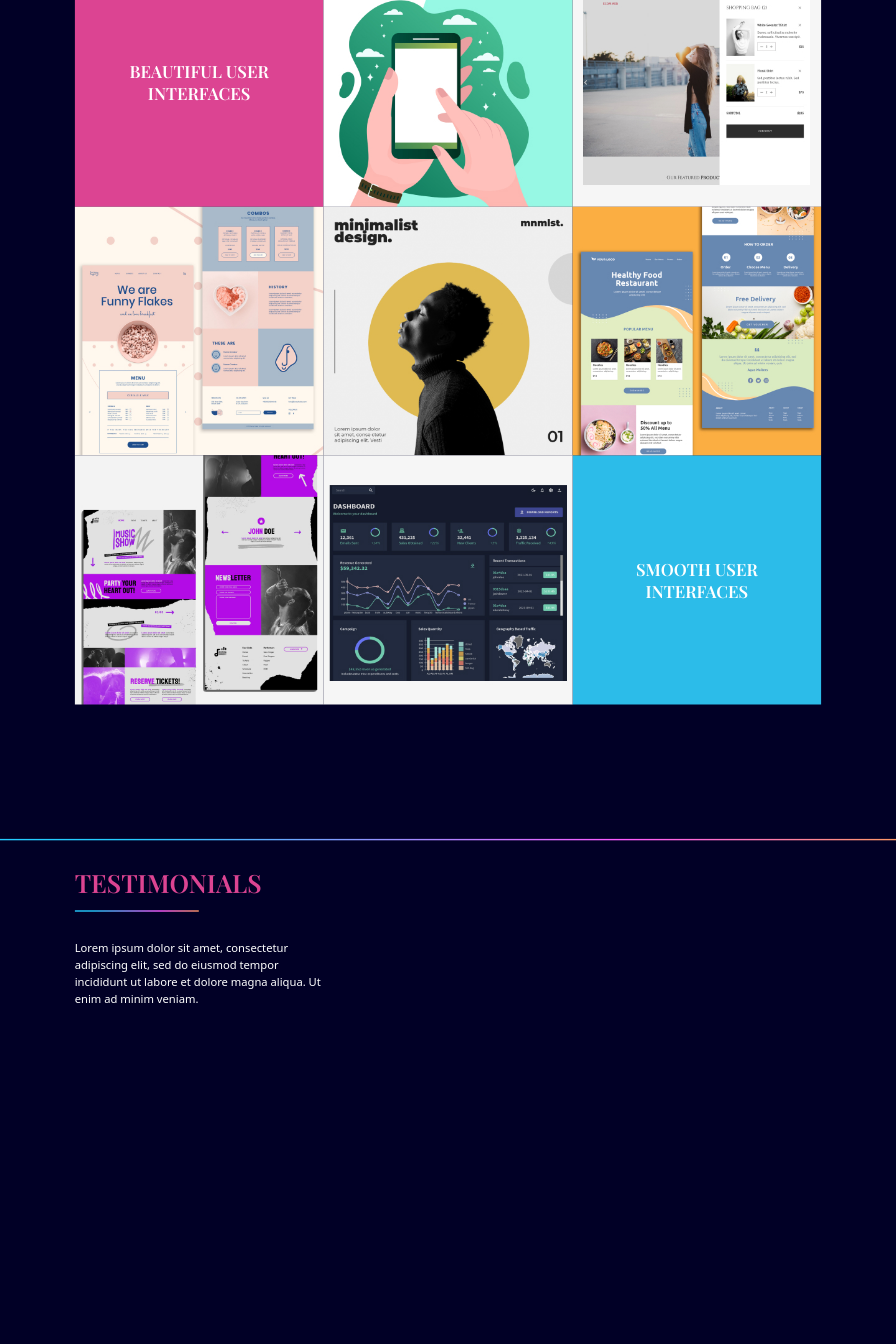
Repository: thibaultNicolas/portfolio-react
Page: /
The author's editor kept a copy of each file at every save. The page is drawn from the files as they stood at one save, then again after the next save.
The browser window is 1280 px wide. The pictures show the part of the page from y = 2039 to 3959 px (the page is 3959 px tall), at 70% of full size.
The project was rebuilt for these pictures with package versions that can differ from the ones it lists, and the page was loaded fresh each time. Also part of the build but not shown: next.config.ts.

Above is the page before, as saved 2023-01-08 11:59:38.

### public/index.html
<!DOCTYPE html>
<html lang="en">

<head>
  <meta charset="utf-8" />
  <link rel="icon" href="%PUBLIC_URL%/favicon.ico" />
  <meta name="viewport" content="width=device-width, initial-scale=1" />
  <meta name="theme-color" content="#000000" />
  <meta name="description" content="Web site created using create-react-app" />
  <link rel="apple-touch-icon" href="%PUBLIC_URL%/logo192.png" />
  <!--
      manifest.json provides metadata used when your web app is installed on a
      user's mobile device or desktop. See https://developers.google.com/web/fundamentals/web-app-manifest/
    -->
  <link rel="manifest" href="%PUBLIC_URL%/manifest.json" />
  <!--
      Notice the use of %PUBLIC_URL% in the tags above.
      It will be replaced with the URL of the `public` folder during the build.
      Only files inside the `public` folder can be referenced from the HTML.

      Unlike "/favicon.ico" or "favicon.ico", "%PUBLIC_URL%/favicon.ico" will
      work correctly both with client-side routing and a non-root public URL.
      Learn how to configure a non-root public URL by running `npm run build`.
    -->
  <title>React App</title>
  <link href="/public/output.css" rel="stylesheet">
</head>

<body>
  <noscript>You need to enable JavaScript to run this app.</noscript>
  <div id="root"></div>
  <!--
      This HTML file is a template.
      If you open it directly in the browser, you will see an empty page.

      You can add webfonts, meta tags, or analytics to this file.
      The build step will place the bundled scripts into the <body> tag.

      To begin the development, run `npm start` or `yarn start`.
      To create a production bundle, use `npm run build` or `yarn build`.
    -->
</body>

</html>

### src/index.css
@import url('https://fonts.googleapis.com/css2?family=Open+Sans:wght@400;600&family=Playfair+Display:wght@400;600&display=swap');

@tailwind base;
@tailwind components;
@tailwind utilities;

html,
body,
#root,
.app{
    height: 100%;
    background-color: #010026;
    @apply text-white;
}

### src/scenes/Navbar.jsx
import { useState } from 'react';
import AnchorLink from 'react-anchor-link-smooth-scroll';
import useMediaQuery from '../hooks/useMediaQuery';

const Link = ({ page, selectedPage, setSelectedPage }) => {
    const lowerCasePage = page.toLowerCase();
    return (
        <AnchorLink
            className={`${selectedPage === lowerCasePage ? 'text-yellow' : ''}
            hover:text-yellow transition duration-500`}
            href={`#${lowerCasePage}`}
            onClick={() => setSelectedPage(lowerCasePage)}
        >
            {page}
        </AnchorLink>
    );
};

const Navbar = ({ isTopOfPage, selectedPage, setSelectedPage }) => {
    const [isMenuToggled, setIsMenuToggled] = useState(false);
    const isAboveSmallScreens = useMediaQuery('(min-width:768px)');
    const navbarBackground = isTopOfPage ? "" : "bg-red";

    return (
        <nav className={`${navbarBackground} z-40 w-full fixed top-0 py-6`}>
            <div className="flex items-center justify-between mx-auto w-5/6">
                <h4 className="font-playfair text-3xl font-bold">NT</h4>

                {/* DESKTOP NAV */}
                {isAboveSmallScreens ? (
                    <div className="flex justify-between gap-16 font-openSans txt-sm font-semibold">
                        <Link
                            page="Home"
                            selectedPage={selectedPage}
                            setSelectedPage={setSelectedPage}
                        />
                        <Link
                            page="Skills"
                            selectedPage={selectedPage}
                            setSelectedPage={setSelectedPage}
                        />
                        <Link
                            page="Projects"
                            selectedPage={selectedPage}
                            setSelectedPage={setSelectedPage}
                        />
                        <Link
                            page="Testimonials"
                            selectedPage={selectedPage}
                            setSelectedPage={setSelectedPage}
                        />
                        <Link
                            page="Contact"
                            selectedPage={selectedPage}
                            setSelectedPage={setSelectedPage}
                        />
                    </div>
                ) : (
                    <button
                        className="rounded-full bg-red p-2"
                        onClick={() => setIsMenuToggled(!isMenuToggled)}
                    >
                        <img src="../assets/menu-icon.svg" alt="menu-icon" />
                    </button>
                )}

                {/* MOBILE MENU POPUP */}
                {!isAboveSmallScreens && isMenuToggled && (
                    <div className="fixed right-0 bottom-0 h-full bg-blue w-[300px]">
                        {/* CLOSE ICON */}
                        <div className="flex justify-end p-12">
                            <button
                                onClick={() => setIsMenuToggled(!isMenuToggled)}
                            >
                                <img
                                    src="../assets/close-icon.svg"
                                    alt="close-icon"
                                />
                            </button>
                        </div>
                        {/* MENU ITEMS */}
                        <div className="flex flex-col gap-10 ml-[33%] text-2xl text-deep-blue">
                            <Link
                                page="Home"
                                selectedPage={selectedPage}
                                setSelectedPage={setSelectedPage}
                            />
                            <Link
                                page="Skills"
                                selectedPage={selectedPage}
                                setSelectedPage={setSelectedPage}
                            />
                            <Link
                                page="Projects"
                                selectedPage={selectedPage}
                                setSelectedPage={setSelectedPage}
                            />
                            <Link
                                page="Testimonials"
                                selectedPage={selectedPage}
                                setSelectedPage={setSelectedPage}
                            />
                            <Link
                                page="Contact"
                                selectedPage={selectedPage}
                                setSelectedPage={setSelectedPage}
                            />
                        </div>
                    </div>
                )}
            </div>
        </nav>
    );
};

export default Navbar;

### src/scenes/DotGroup.jsx
import AnchorLink from 'react-anchor-link-smooth-scroll';
const DotGroup = ({ selectedPage, setSelectedPage }) => {
    const selectedStyles = `relative bg-yellow before:absolute before:w-6 before:h-6
    before:rounded-full before:border-2 before:border-yellow before:left-[-50%]
    before:top-[-50%]`;
    return (
        <div className="flex flex-col gap-6 fixed top-[60%] right-7">
            <AnchorLink
                className={`${selectedPage === 'home' ? selectedStyles : 'bg-dark-grey'}
            w-3 h-3 rounded-full`}
                href="#home"
                onClick={() => setSelectedPage('home')}
            />
            <AnchorLink
                className={`${selectedPage === 'skills' ? selectedStyles : 'bg-dark-grey'}
            w-3 h-3 rounded-full`}
                href="#skills"
                onClick={() => setSelectedPage('skills')}
            />
            <AnchorLink
                className={`${selectedPage === 'projects' ? selectedStyles : 'bg-dark-grey'}
            w-3 h-3 rounded-full`}
                href="#projects"
                onClick={() => setSelectedPage('projects')}
            />
            <AnchorLink
                className={`${selectedPage === 'testimonials' ? selectedStyles : 'bg-dark-grey'}
            w-3 h-3 rounded-full`}
                href="#testimonials"
                onClick={() => setSelectedPage('testimonials')}
            />
            <AnchorLink
                className={`${selectedPage === 'contact' ? selectedStyles : 'bg-dark-grey'}
            w-3 h-3 rounded-full`}
                href="#contact"
                onClick={() => setSelectedPage('contact')}
            />
        </div>
    );
};
export default DotGroup;

### src/scenes/Projects.jsx
import LineGradient from '../components/LineGradient';
import useMediaQuery from '../hooks/useMediaQuery';
import { motion } from 'framer-motion';

const container = {
    hidden: {},
    visible: {
        transition: { staggerChildren: 0.2 },
    },
};

const projectVariant = {
    hidden: { opacity: 0, scale: 0.8 },
    visible: { opacity: 1, scale: 1 },
};

const Project = ({ title }) => {
    const projectTitle = title.split(' ').join('-').toLowerCase();
    const overlayStyles = `absolute h-full w-full opacity-0 hover:opacity-90 transition duration-500 bg-grey z-30 flex flex-col justify-center items-center text-center p-16 text-deep-blue`;

    return (
        <motion.div variants={projectVariant} className="relative">
            <div className={overlayStyles}>
                <p className="text-2xl font-playfair">{title}</p>
                <p className="mt-7">
                    Lorem ipsum dolor sit amet, consectetur adipiscing elit, sed
                    do eiusmod tempor incididunt ut labore et dolore magna
                    aliqua. Ut enim ad minim veniam.
                </p>
            </div>
            <img src={`../assets/${projectTitle}.jpeg`} alt={projectTitle} />
        </motion.div>
    );
};

const Projects = () => {
    const isAboveMediumScreens = useMediaQuery('(min-width:1060px)');

    return (
        <section id="projects" className="pt-48 pb-48">
            {/* HEADINGS */}
            <div className="md:flex md:justify-between md:gap-16 mt-32">
                <motion.div
                    className="md:w-2/5 mx-auto text-center"
                    initial="hidden"
                    whileInView="visible"
                    viewport={{ once: true, amount: 0.5 }}
                    transition={{ duration: 0.5 }}
                    variants={{
                        hidden: { opacity: 0, x: -50 },
                        visible: { opacity: 1, x: 0 },
                    }}
                >
                    <div>
                        <p className="font-playfair font-semibold text-4xl">
                            MY <span className="text-red">PRO</span>JECTS
                        </p>
                        <div className="flex justify-center mt-5">
                            <LineGradient width="w-1/3" />
                        </div>
                    </div>

                    <p className="mt-10 mb-10">
                        Lorem ipsum dolor sit amet, consectetur adipiscing elit,
                        sed do eiusmod tempor incididunt ut labore et dolore
                        magna aliqua. Ut enim ad minim veniam.
                    </p>
                </motion.div>
            </div>
            {/* PROJECTS */}
            <div className="flex justify-center">
                <motion.div
                    className="sm:grid sm:grid-cols-2 md:grid-cols-3"
                    initial="hidden"
                    whileInView="visible"
                    viewport={{ once: true, amount: 0.5 }}
                    variants={container}
                >
                    {/* ROW 1 */}
                    <div className="flex justify-center text-center items-center p-10 bg-red max-w-[400px] max-h-[400px] text-2xl font-playfair font-semibold">
                        BEAUTIFUL USER INTERFACES
                    </div>

                    <Project title="Project 1" />
                    <Project title="Project 2" />

                    {/* ROW 2 */}
                    <Project title="Project 3" />
                    <Project title="Project 4" />
                    <Project title="Project 5" />

                    {/* ROW 3 */}
                    <Project title="Project 6" />
                    <Project title="Project 7" />

                    <div className="flex justify-center text-center items-center p-10 bg-blue max-w-[400px] max-h-[400px] text-2xl font-playfair font-semibold">
                        SMOOTH USER INTERFACES
                    </div>
                </motion.div>
            </div>
        </section>
    );
};
export default Projects;

### src/scenes/Testimonials.jsx
import LineGradient from '../components/LineGradient';
import useMediaQuery from '../hooks/useMediaQuery';
import { motion } from 'framer-motion';

const Testimonials = () => {
    const testimonialsStyles = `mx-auto relative max-w-[400px] h-[350px] flex flex-col justify-end pt-16 ,t-48 before:absolute before:top-[-120px] before:-ml-[110px] before:left-1/2`;

    return (
        <section id="testimonials" className="pt-10 pb-24">
            {/* HEADING */}

            <motion.div
                className="md:w-1/3 text-center md:text-left"
                initial="hidden"
                whileInView="visible"
                viewport={{ once: true, amount: 0.5 }}
                transition={{ duration: 0.5 }}
                variants={{
                    hidden: { opacity: 0, x: -50 },
                    visible: { opacity: 1, x: 0 },
                }}
            >
                <p className="font-playfair font-semibold text-4xl mb-5 text-red">
                    TESTIMONIALS
                </p>
                <LineGradient width="w-2/4" />
                <p className="mt-10">
                    Lorem ipsum dolor sit amet, consectetur adipiscing elit, sed
                    do eiusmod tempor incididunt ut labore et dolore magna
                    aliqua. Ut enim ad minim veniam.
                </p>
            </motion.div>

            {/* TESTIMONIALS */}
            <div className='md:flex md:justify-between gap-8'>

            </div>
        </section>
    );
};
export default Testimonials;

### src/components/LineGradient.jsx
const LineGradient = ({ width = 'w-full' }) => {
    return (
        <div className={`h-0.5 ${width} bg-gradient-rainblue`}>

        </div>
    )
};

export default LineGradient;

### src/hooks/useMediaQuery.jsx
import { useState, useEffect } from 'react';

const useMediaQuery = (query) => {
    const [matches, setMatches] = useState(false);

    useEffect(() => {
        const media = window.matchMedia(query);
        if (media.matches !== matches) {
            setMatches(media.matches);
        }
        const listener = () => setMatches(media.matches);
        window.addEventListener('resize', listener);
        return () => window.removeEventListener('resize', listener);
    }, [matches, query]);

    return matches;
};

export default useMediaQuery;

### src/components/SocialMediaIcons.jsx

const SocialMediaIcons = () =>{
    return (
        <div className="flex justify-center md:justify-start my-10 gap-7">
            <a
            className="hover:opacity-50 transition duration-500"
            href="https://www.linkedin.com/in/nicolas-thibault-6652b9194/"
            target="_blank"
            rel="noreferrer">
                <img src="../assets/linkedin.png" alt="linkedin-link" />
            </a>
            <a
            className="hover:opacity-50 transition duration-500"
            href="https://www.facebook.com/nicolas.thibault3/"
            target="_blank"
            rel="noreferrer">
                <img src="../assets/facebook.png" alt="facebook-link" />
            </a>
            <a
            className="hover:opacity-50 transition duration-500"
            href="https://www.instagram.com/nicolasthibault_/"
            target="_blank"
            rel="noreferrer">
                <img src="../assets/instagram.png" alt="instagram-link" />
            </a>
        </div>
    )
}
export default SocialMediaIcons;

Loaded but not shown: src/index.js (common file); src/App.js (53 lines, source omitted); tailwind.config.js (41 lines, source omitted); public/output.css (740 lines, source omitted); src/scenes/MySkills.jsx (144 lines, source omitted); src/scenes/Landing.jsx (111 lines, source omitted)

After the next save:
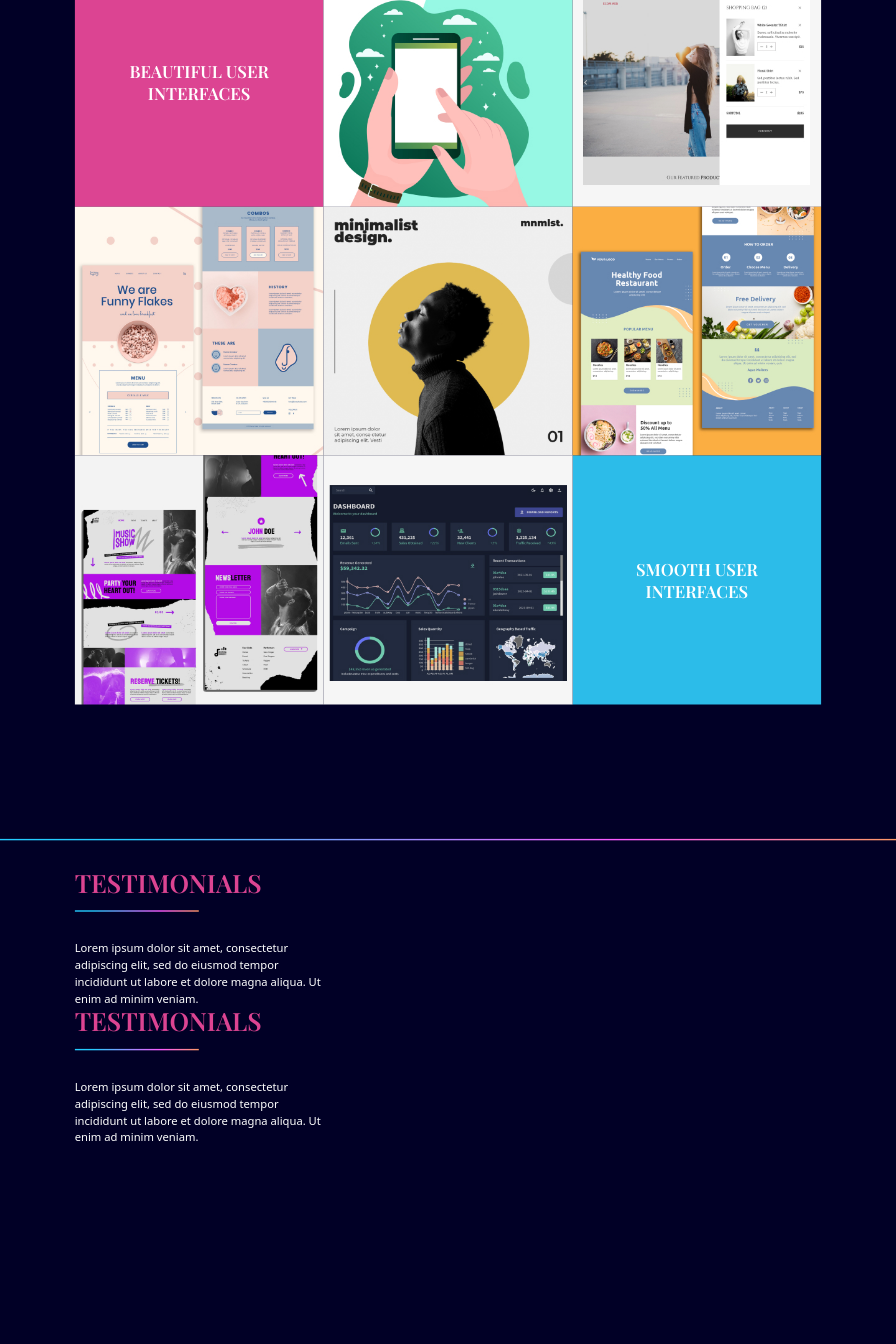
Saved 14 s later.
--- a/src/scenes/Testimonials.jsx
+++ b/src/scenes/Testimonials.jsx
@@ -33,7 +33,27 @@
 
             {/* TESTIMONIALS */}
             <div className='md:flex md:justify-between gap-8'>
-
+            <motion.div
+                className="md:w-1/3 text-center md:text-left"
+                initial="hidden"
+                whileInView="visible"
+                viewport={{ once: true, amount: 0.5 }}
+                transition={{ duration: 0.5 }}
+                variants={{
+                    hidden: { opacity: 0, x: -50 },
+                    visible: { opacity: 1, x: 0 },
+                }}
+            >
+                <p className="font-playfair font-semibold text-4xl mb-5 text-red">
+                    TESTIMONIALS
+                </p>
+                <LineGradient width="w-2/4" />
+                <p className="mt-10">
+                    Lorem ipsum dolor sit amet, consectetur adipiscing elit, sed
+                    do eiusmod tempor incididunt ut labore et dolore magna
+                    aliqua. Ut enim ad minim veniam.
+                </p>
+            </motion.div>
             </div>
         </section>
     );

After the save that followed:
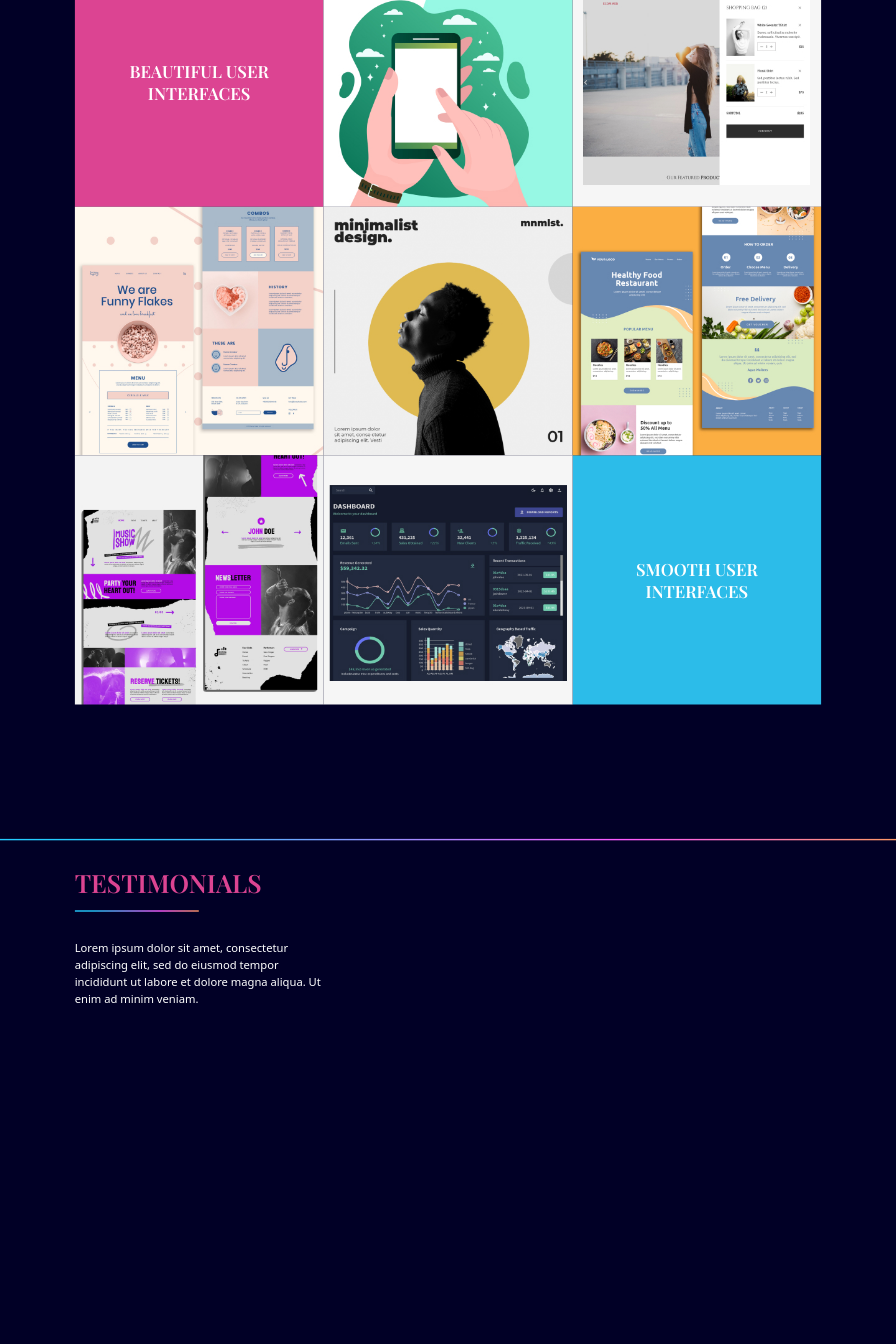
Saved 5 s later.
--- a/src/scenes/Testimonials.jsx
+++ b/src/scenes/Testimonials.jsx
@@ -44,15 +44,7 @@
                     visible: { opacity: 1, x: 0 },
                 }}
             >
-                <p className="font-playfair font-semibold text-4xl mb-5 text-red">
-                    TESTIMONIALS
-                </p>
-                <LineGradient width="w-2/4" />
-                <p className="mt-10">
-                    Lorem ipsum dolor sit amet, consectetur adipiscing elit, sed
-                    do eiusmod tempor incididunt ut labore et dolore magna
-                    aliqua. Ut enim ad minim veniam.
-                </p>
+
             </motion.div>
             </div>
         </section>
